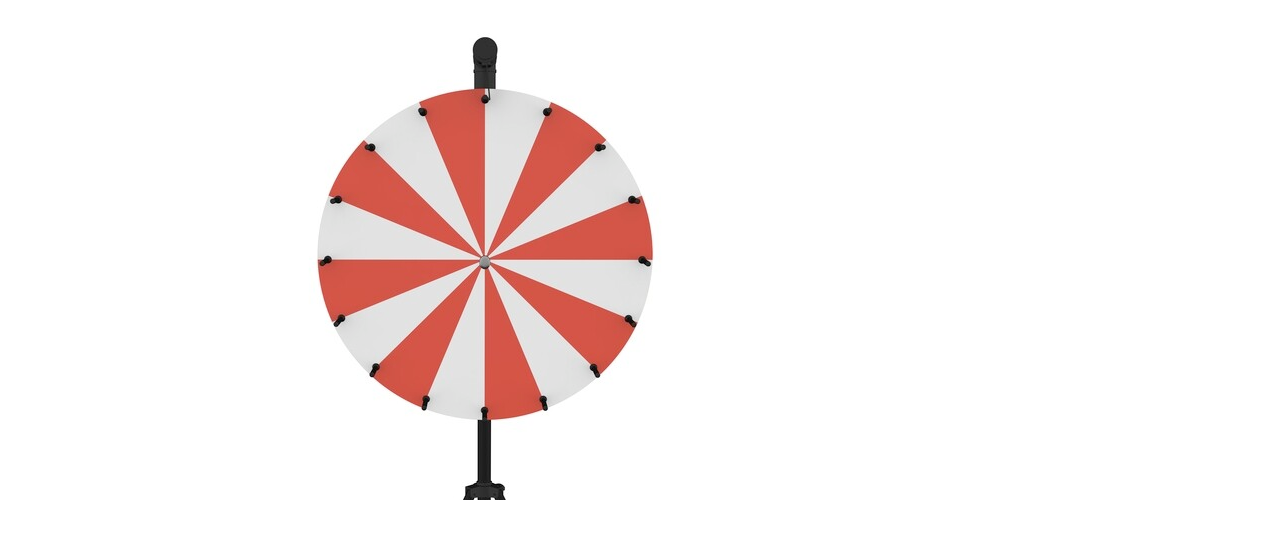
Repository: Awaisp-irfan/fahad-project
Page: text.html
An editor plug-in stored every save of this project. The page is shown before and after the next save, followed by the edit.
The browser window is 1280 px wide. The pictures show the whole page.

Above is the page before, as saved 2022-06-30 10:48:30.

After the next save:
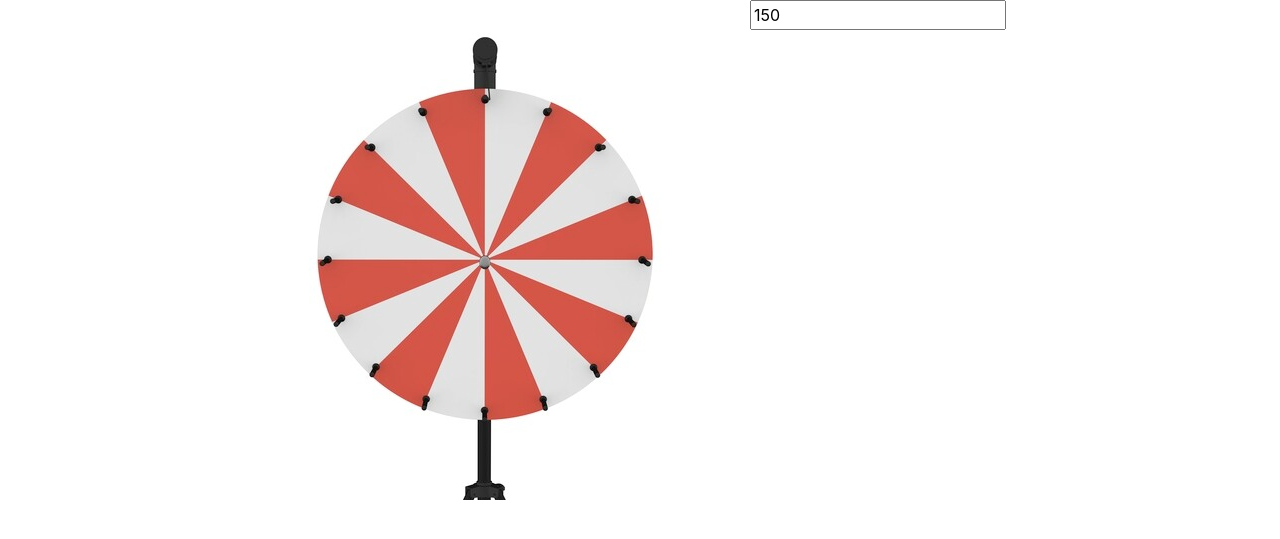
Saved 76 s later.
--- a/text.html
+++ b/text.html
@@ -26,9 +26,11 @@
             </div>
 
             <div class="col-lg-5">
-
+                <input class="js-range-slider" id="squareFootage" name="squareFootage" type="text"
+                                   value="150"/>
             </div>
         </div>
     </div>
+    <script src="./index.js"></script>
 </body>
 </html>
